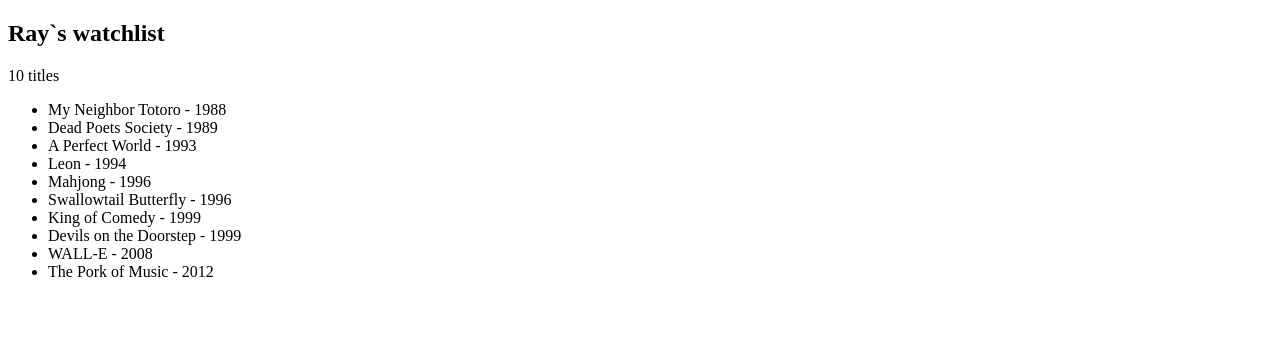
Repository: NeoRay2100/fask2309
Page: http://localhost/
The author's editor kept a copy of each file at every save. The page is drawn from the files as they stood at one save, then again after the next save.
The browser window is 1280 px wide. The pictures show the whole page.
The page is served by the project's application, run on Flask 3 (app_u1.py).

Above is the page before, as saved 2023-09-27 15:33:01.

### templates/index.html
<!DOCTYPE html>
<html lang="en">
<head>
    <meta charset="UTF-8">
    <meta name="viewport" content="width=device-width, initial-scale=1.0">
    <title>Document</title>
</head>
<body>
    <h2>{{ name }}`s watchlist</h2>
    {# len #}
    <p>{{ movies|length }} titles </p>
    <ul>
        {% for movie in movies %} {# iter #}
        <li>{{ movie.title }} - {{ movie.year }}</li>
        {% endfor %}
    </ul>
    <footer>
        <!-- <small>copy: 2023 <a href="https://ray2100.oss-cn-beijing.aliyuncs.com/img/w1_clear.png"></a></small> -->
    </footer>
</body>
</html>

### app_u1.py
from flask import Flask, render_template

app = Flask(__name__)

name = 'Ray'
movies = [
    {'title': 'My Neighbor Totoro', 'year': '1988'},
    {'title': 'Dead Poets Society', 'year': '1989'},
    {'title': 'A Perfect World', 'year': '1993'},
    {'title': 'Leon', 'year': '1994'},
    {'title': 'Mahjong', 'year': '1996'},
    {'title': 'Swallowtail Butterfly', 'year': '1996'},
    {'title': 'King of Comedy', 'year': '1999'},
    {'title': 'Devils on the Doorstep', 'year': '1999'},
    {'title': 'WALL-E', 'year': '2008'},
    {'title': 'The Pork of Music', 'year': '2012'}
]


@app.route("/")
def index():
    return render_template('index.html', name = name, movies = movies)

After the next save:
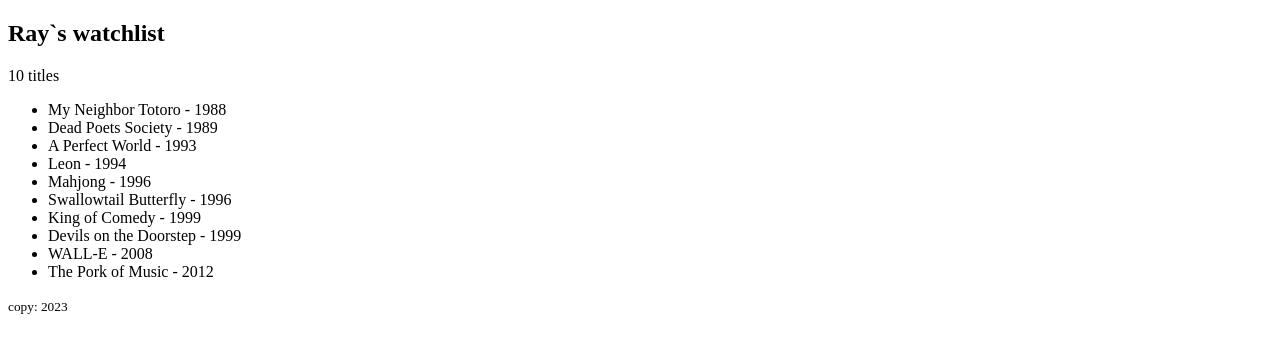
Saved 2 min 1 s later.
--- a/templates/index.html
+++ b/templates/index.html
@@ -15,7 +15,7 @@
         {% endfor %}
     </ul>
     <footer>
-        <!-- <small>copy: 2023 <a href="https://ray2100.oss-cn-beijing.aliyuncs.com/img/w1_clear.png"></a></small> -->
+        <small>copy: 2023 <a href="https://ray2100.oss-cn-beijing.aliyuncs.com/img/w1_clear.png"></a></small>
     </footer>
 </body>
 </html>
